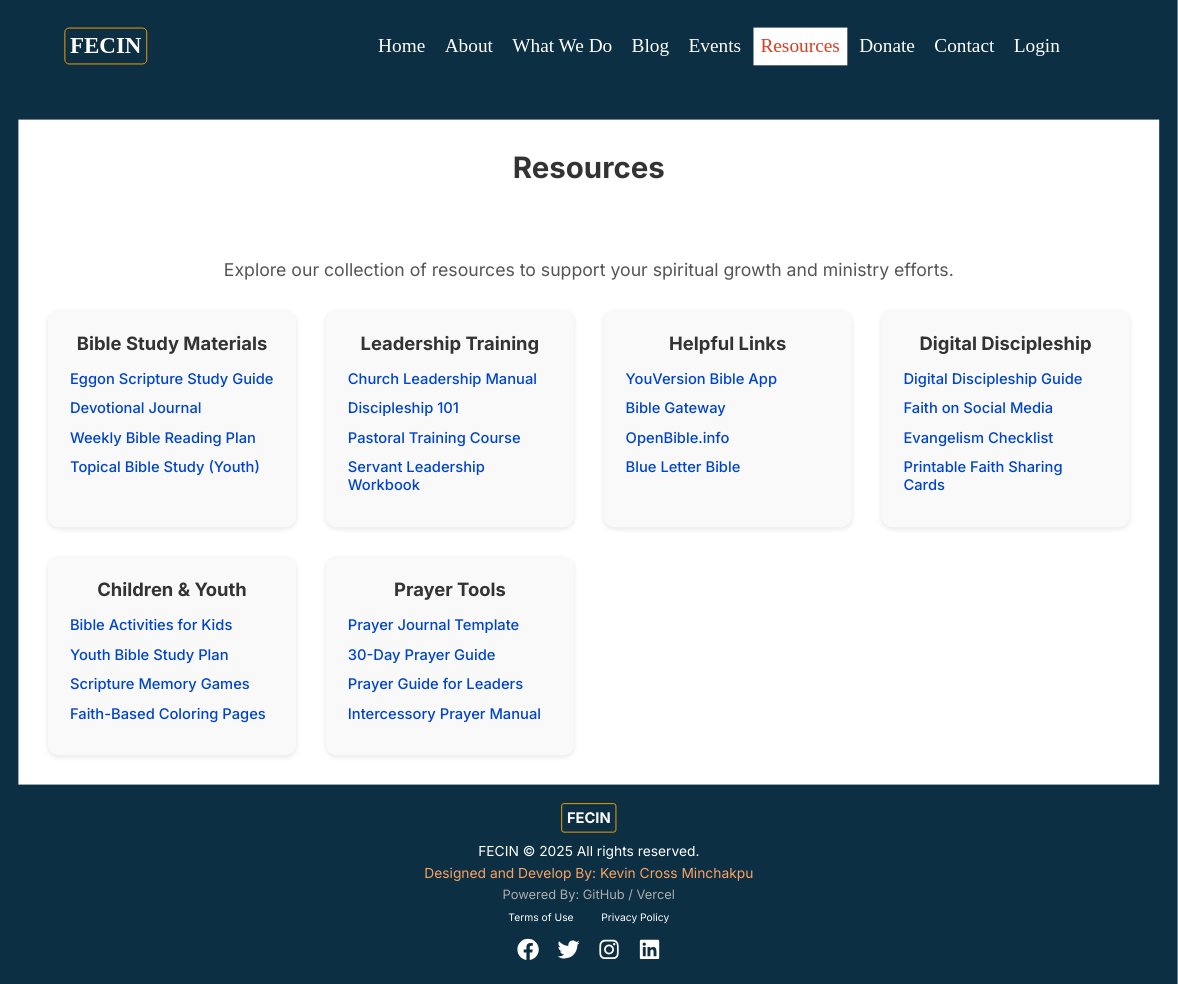
Repository: KCMinchakpu/fecin-projectgs497
Page: /resources
The author's editor kept a copy of each file at every save. The page is drawn from the files as they stood at one save, then again after the next save.
The browser window is 1280 px wide. The pictures show the whole page, at 92% of full size.
The page's requests for data from a server got no answer. The project was rebuilt for these pictures with package versions that can differ from the ones it lists, and the page was loaded fresh each time. The framework's server and built-in components were replaced by stand-ins that run in the browser. No one was signed in, and anything a server would have sent is missing. Also part of the build but not shown: next.config.mjs.

Above is the page before, as saved 2025-04-12 15:59:56.

After the next save:
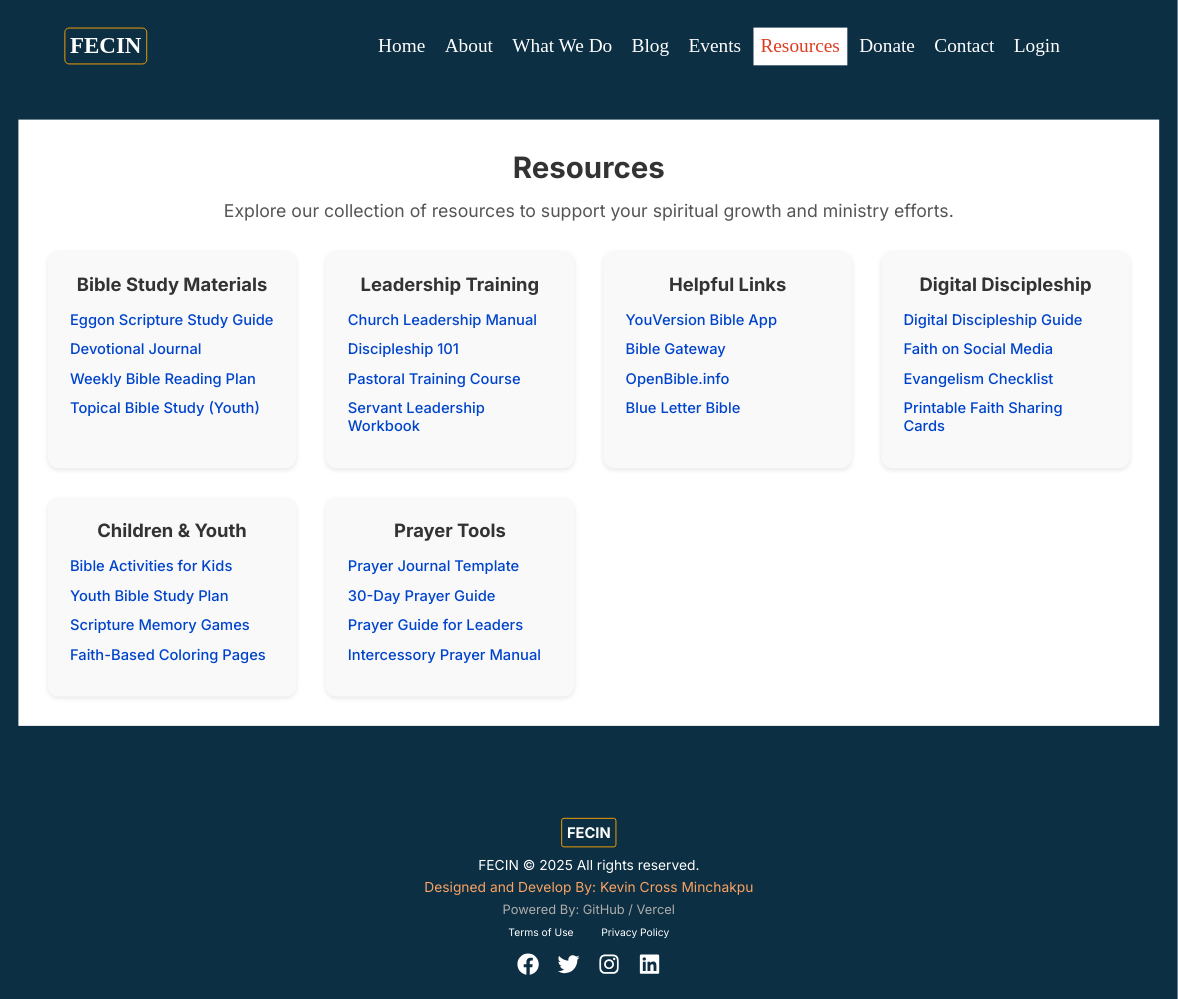
Saved 37 s later.
--- a/src/app/resources/resources.module.css
+++ b/src/app/resources/resources.module.css
@@ -4,13 +4,14 @@
     margin: 0 auto;
     background-color: #fff;
     margin-top: 30px;
+    margin-bottom: 80px;
   }
 
   .title {
     font-size: 2rem;
     font-weight: bold;
     text-align: center;
-    margin-bottom: 80px;
+    margin-bottom: 1rem;
     color: #333;
   }
 
